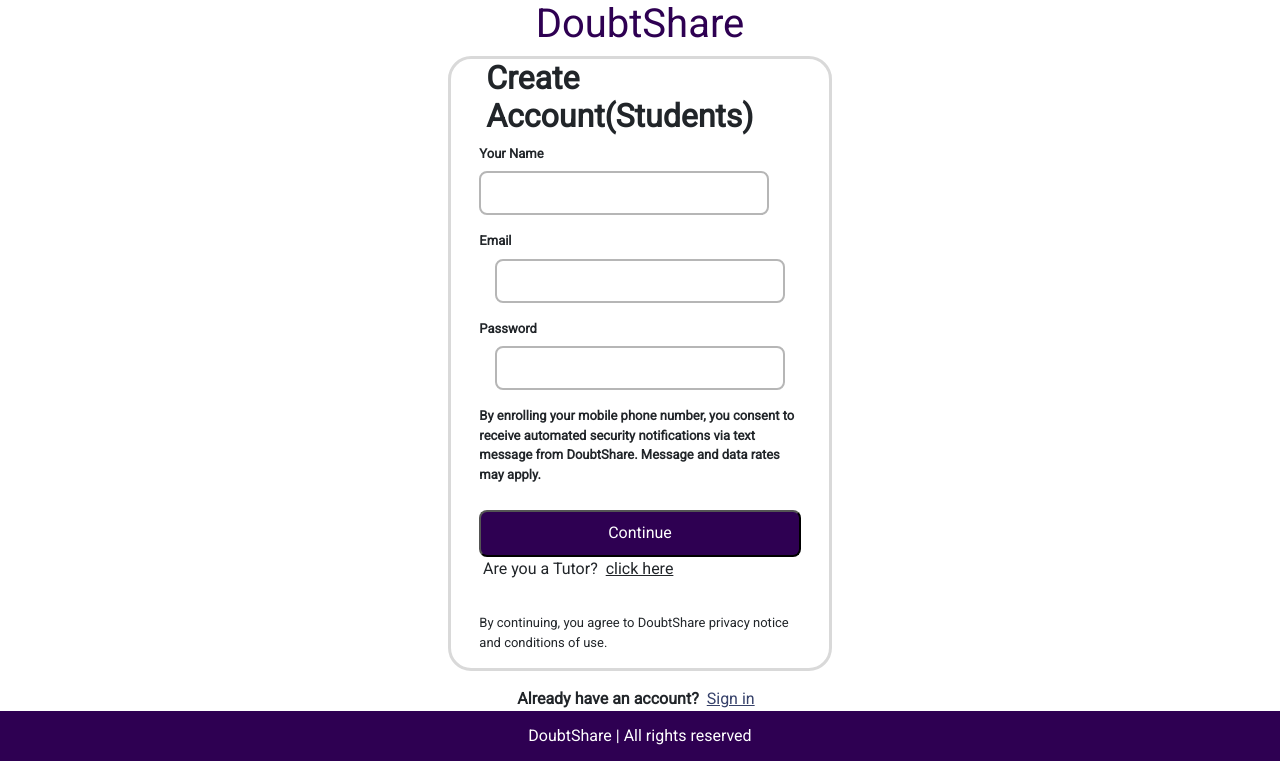
Repository: drumsmanku/doubtshare
Page: /register/student (app in frontend/)
These files come from the project's save history. The page is drawn as it stood at one moment and after the next save; the edit follows.
The browser window is 1280 px wide. The pictures show the whole page.
The project was rebuilt for these pictures with package versions that can differ from the ones it lists, and the page was loaded fresh each time. Also part of the build but not shown: frontend/src/App.css, frontend/src/Components/Dashboard/Sidebar.js, frontend/src/Components/Dashboard/Profile.js, frontend/src/Components/CreateDoubtForm/CreateDoubtForm.js, frontend/src/Components/Dashboard/Dashboard.js, frontend/src/Components/Login/Login.js, frontend/src/Components/LoginTutor/LoginTutor.js, frontend/src/Components/RegisterTutor/RegisterTutor.js and 1 more.

Above is the page before, as saved 2023-12-30 20:55:23.

After the next save:
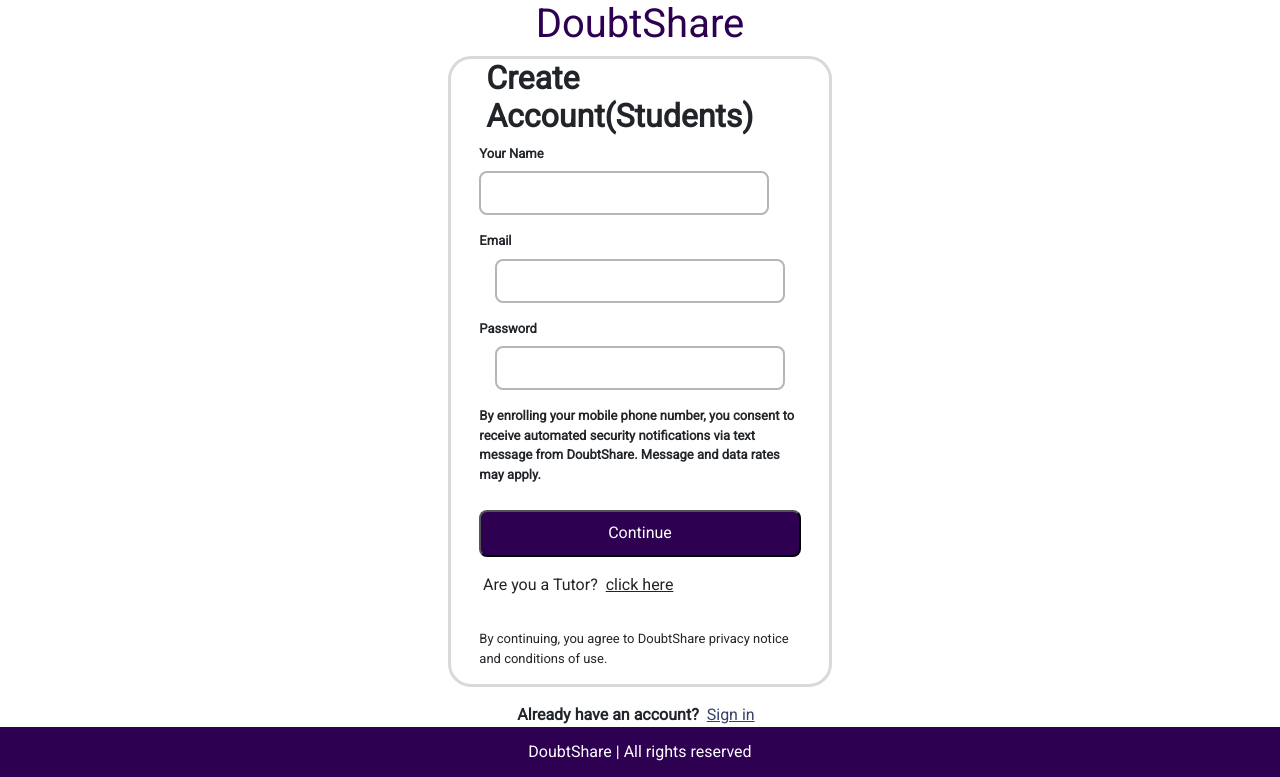
Saved 14 s later.
--- a/frontend/src/Components/Register/Register.js
+++ b/frontend/src/Components/Register/Register.js
@@ -91,7 +91,7 @@ function Register() {
           <button className={styles.buttonStyles} type="submit" style={{ cursor:'pointer'}} onClick={signup}>Continue</button>
         </div>
 
-        <div style={{width:'100%', display:'flex', paddingLeft:'2rem'}}>
+        <div style={{width:'100%', display:'flex', paddingLeft:'2rem', paddingTop:'1rem'}}>
              <p>Are you a Tutor?</p>
              <u style={{ cursor:'pointer', marginLeft:'0.5rem'}} onClick={()=>{navigate('/register/tutor')}}>click here</u>
         </div>
